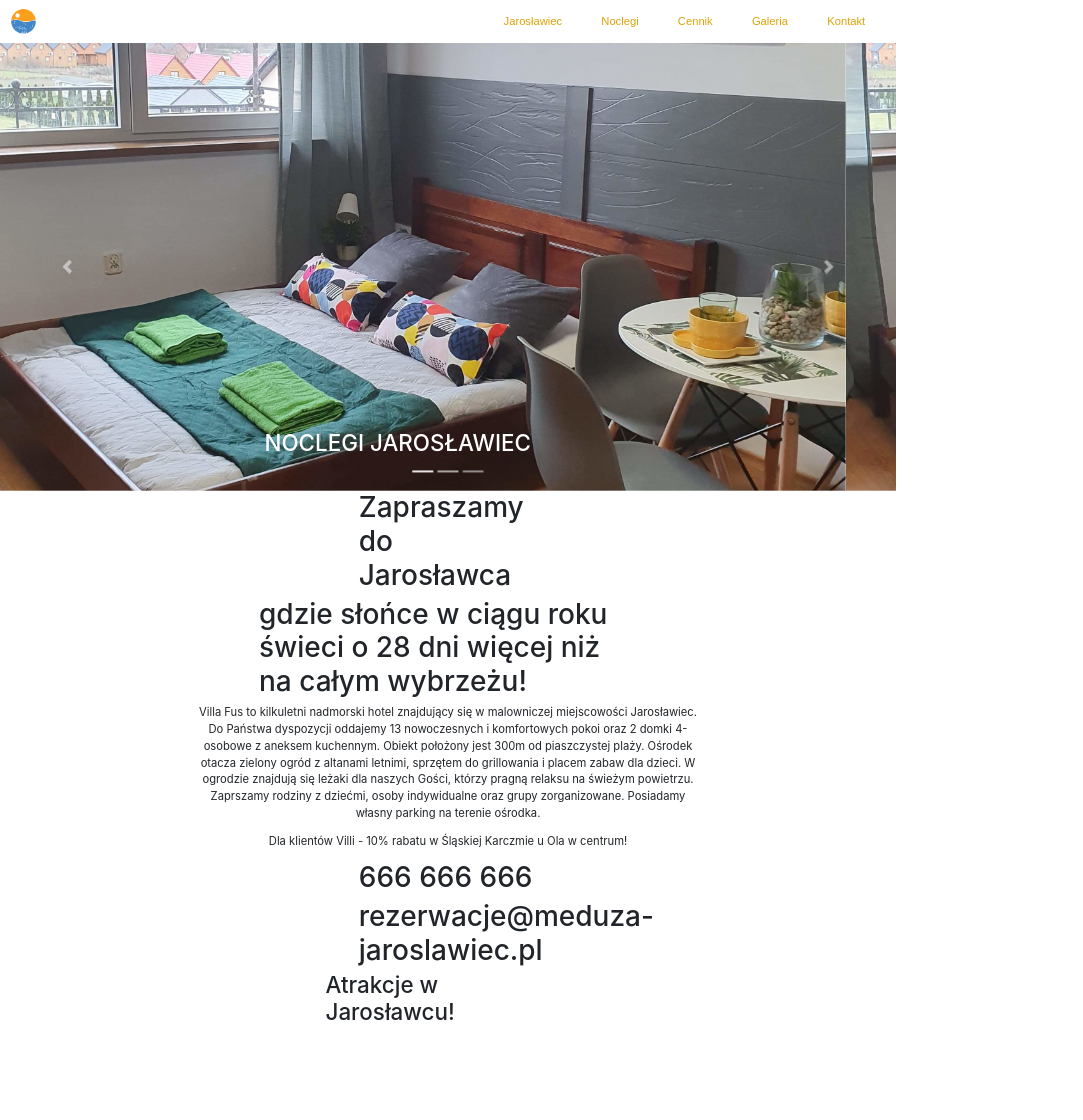
Repository: ArturDr/meduza_jaroslawiec
Page: http://localhost/
An editor plug-in stored every save of this project. The page is shown before and after the next save, followed by the edit.
The browser window is 1280 px wide. The page is 1547 px wide, so the pictures cover 1547 px, including what lies to the right of the window. The pictures show the part of the page from y = 0 to 1600 px (the page is 3045 px tall before and 2347 px after), at 70% of full size.
Pictures or frames that could not be fetched are drawn as grey boxes. The page is run by PHP 8.4 with error messages shown; the project is at /var/www/html/.

Above is the page before, as saved 2020-06-01 21:07:42.
Console error: ReferenceError: baguetteBox is not defined

After the next save:
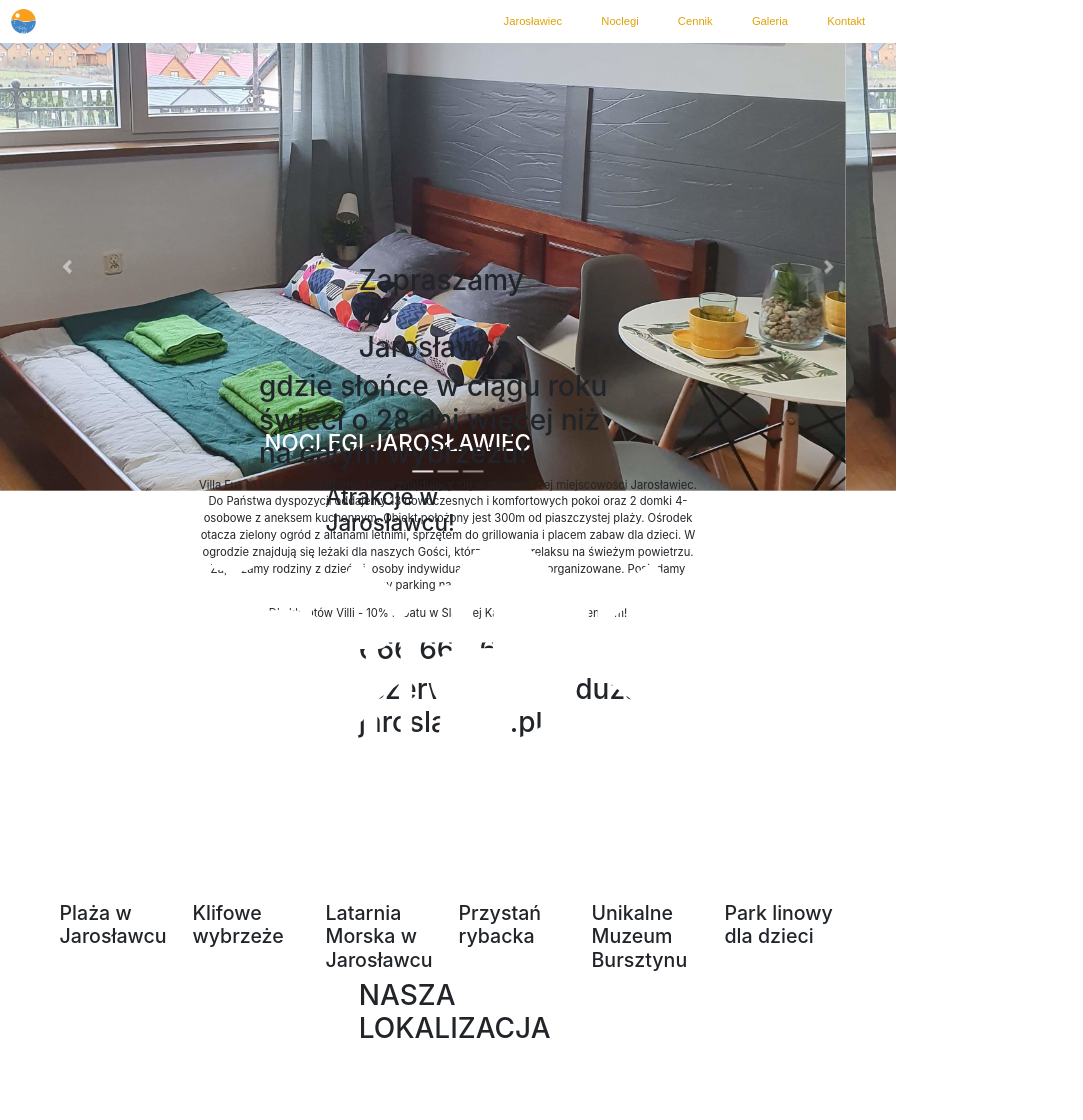
Saved 9 min 2 s later.
--- a/medjar/style.css
+++ b/medjar/style.css
@@ -7,6 +7,11 @@
     color: rgba(222, 163, 8, 1);
     margin: 0 20px;
 }
+
+#sec1 {
+    height: 315px;
+}
+
 #jsec2 {
     background-color: red;
 }
